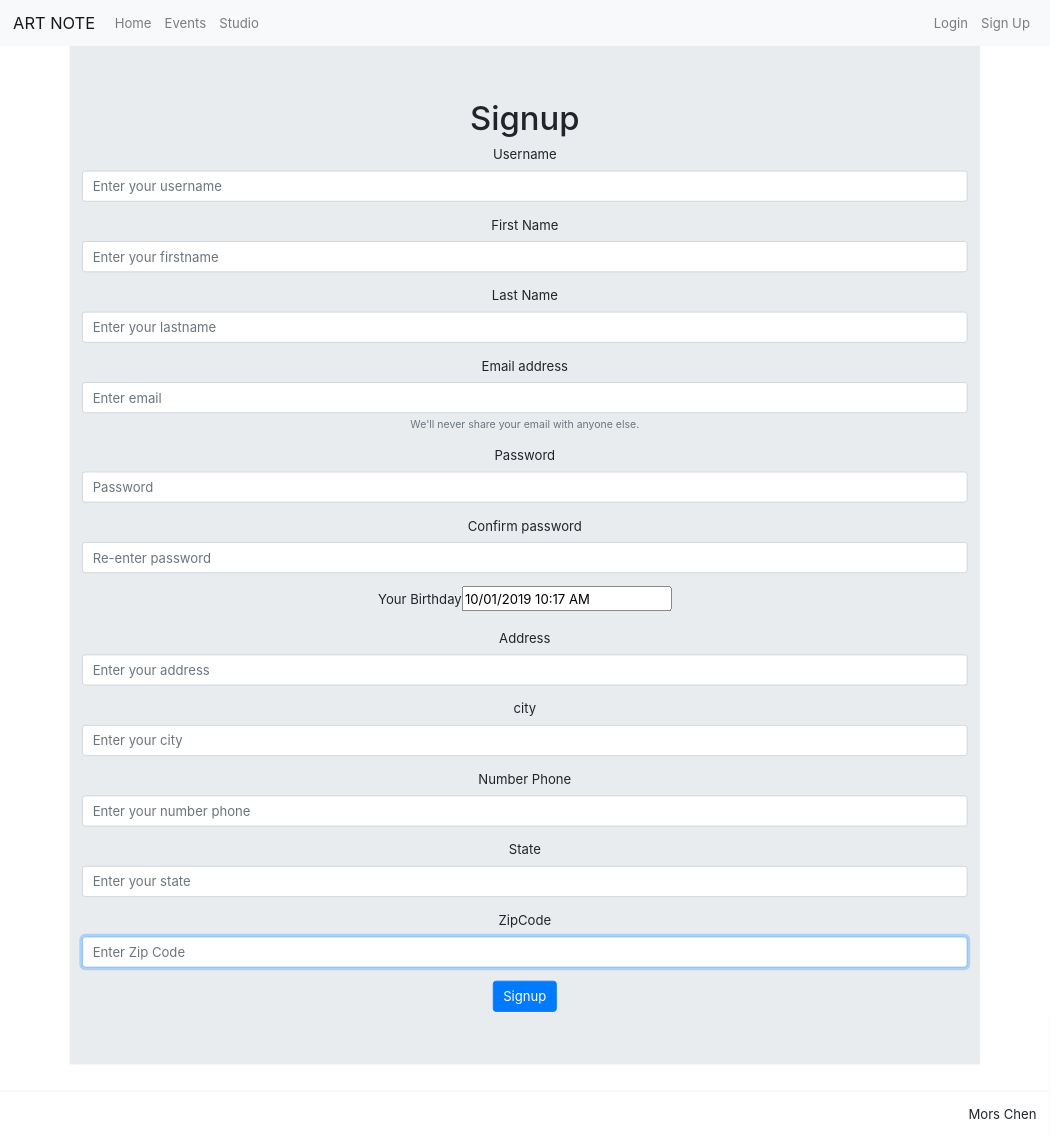
Repository: MorsChen/Final-Client
Page: /register (app in client-app/)
These files come from the project's save history. The page is drawn as it stood at one moment and after the next save; the edit follows.
The browser window is 1280 px wide. The pictures show the whole page, at 82% of full size.
The page's requests for data from a server got no answer. The project was rebuilt for these pictures with package versions that can differ from the ones it lists, and the page was loaded fresh each time. No one was signed in, and anything a server would have sent is missing. Also part of the build but not shown: client-app/src/page/Home.js, client-app/src/page/Login.js, client-app/src/page/Profile.js.

Above is the page before, as saved 2019-10-01 14:26:54.

After the next save:
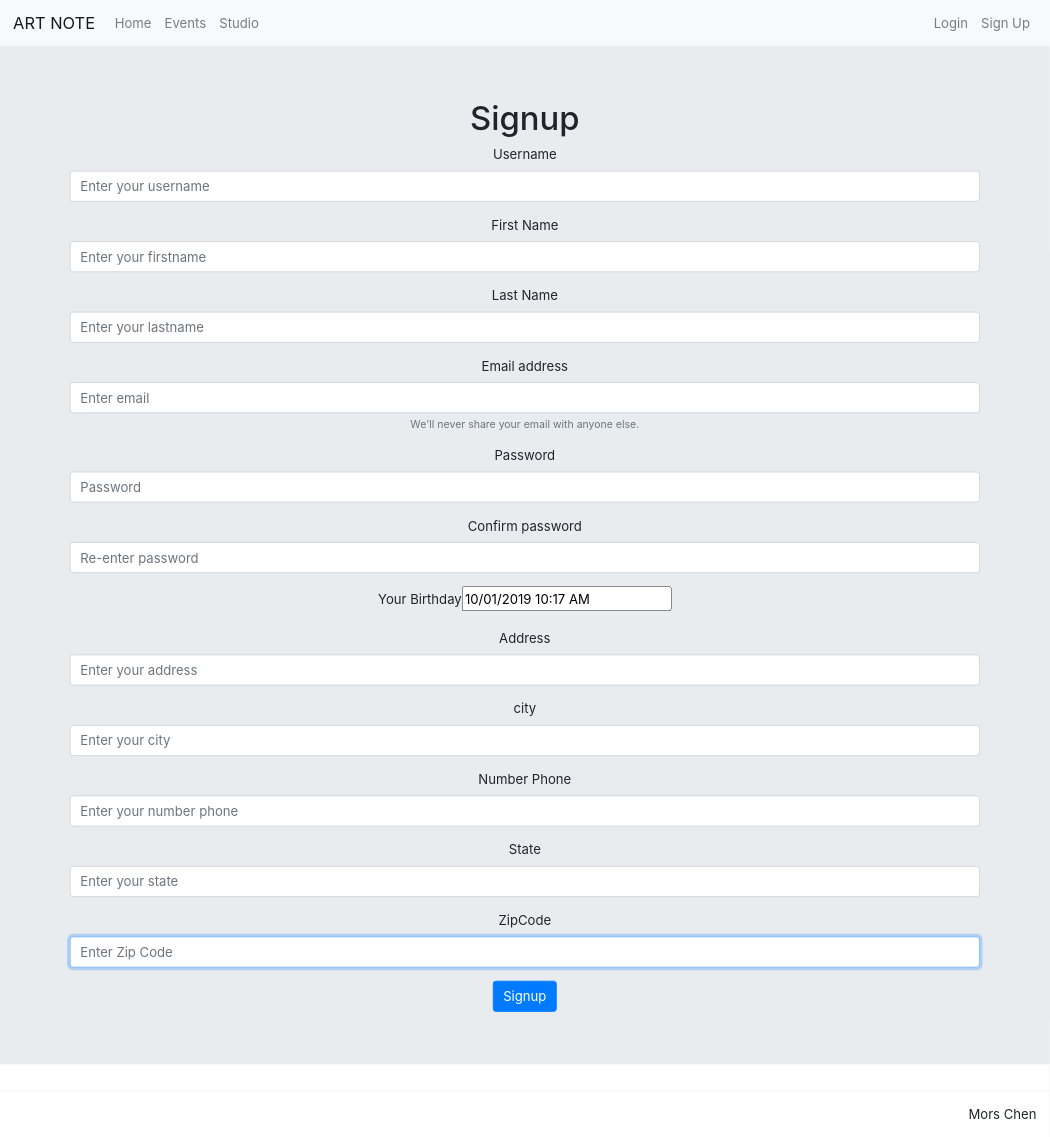
Saved 27 s later.
--- a/client-app/src/page/SignUp.js
+++ b/client-app/src/page/SignUp.js
@@ -84,7 +84,7 @@ export default class Signup extends Component {
         console.log(this.state.birthday.toISOString().slice(0, 10))
         console.log(new Date().toISOString().slice(0, 10))
         return (
-            <div className="container">
+            <div className="FullContent">
             <div className="jumbotron jumbotron-fluid custome-jumbo">
                 <div className="container">
                 <form
